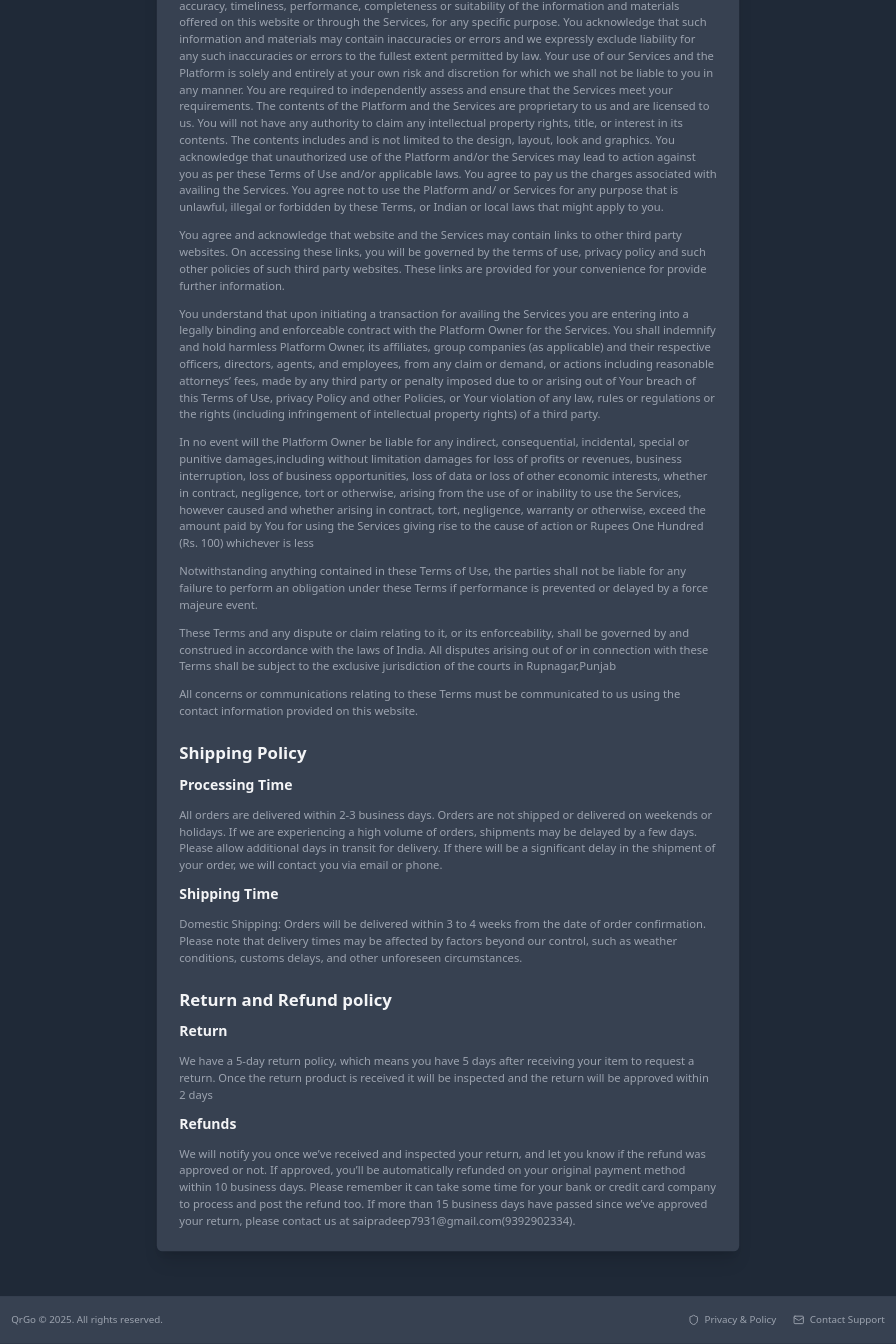
Repository: Dhakshin2007/QrGo
Page: /#/privacy-policy
These files come from the project's save history. The page is drawn as it stood at one moment and after the next save; the edit follows.
The browser window is 1280 px wide. The pictures show the part of the page from y = 4021 to 5941 px (the page is 5941 px tall before and 5213 px after), at 70% of full size.
Some web libraries are served in a nearby version. The project was rebuilt for these pictures with package versions that can differ from the ones it lists, and the page was loaded fresh each time. Also part of the build but not shown: vite.config.ts, components/EventCard.tsx, pages/HomePage.tsx, pages/BookingPage.tsx, components/TicketCard.tsx, pages/MyTicketsPage.tsx, services/aiService.ts, pages/AdminPage.tsx.

Above is the page before, as saved 2025-08-10 13:14:46.

### index.html
<!DOCTYPE html>
<html lang="en">
  <head>
    <meta name="description" content="Website Used to Host Events and Book Tickets and Inbuild scanning. If You want to Host an Event, Contact Us." />
<meta name="keywords" content="QrGo , QrGo Startup , Events IIT Ropar,Tickets , District , Paytm , Zomato , Ticket Booking , Event Hosting ,  Telugu Students IIT, IIT Ropar culture, IIT Ropar">
<meta name="author" content="Kotha Dhakshin">
<meta property="og:title" content="QrGo - Event Ticket Hosting Platform" />
<meta property="og:description" content="Official site for QrGo. Events, Bookings, and student details." />
<meta property="og:url" content="https://qrgo-weld.vercel.app/" />
<meta property="og:type" content="website" />
<meta property="og:image" content="#" />

  <meta charset="UTF-8" />
    <link rel="icon" type="image/png" href = "https://i.postimg.cc/qqd3M6cN/Google-AI-Studio-2025-08-09-T14-17-15-618-Z.png" />
    <meta name="viewport" content="width=device-width, initial-scale=1.0" />
    <title>QrGo</title>
    <script src="https://cdn.tailwindcss.com"></script>
    <script>
      tailwind.config = {
        theme: {
          extend: {
            colors: {
              'primary': '#14b8a6', // teal-500
              'primary-focus': '#0d9488', // teal-600
              'background': '#1f2937', // gray-800
              'surface': '#374151', // gray-700
              'on-surface': '#f3f4f6', // gray-200
              'on-surface-secondary': '#9ca3af', // gray-400
              'accent': '#6366f1', // indigo-500
            }
          }
        }
      }
    </script>
    <!-- html5-qrcode library -->
    <script src="https://unpkg.com/html5-qrcode" type="text/javascript"></script>
  <script type="importmap">
{
  "imports": {
    "react-router-dom": "https://esm.sh/react-router-dom@^7.8.0",
    "react-dom/": "https://esm.sh/react-dom@^19.1.1/",
    "react/": "https://esm.sh/react@^19.1.1/",
    "react": "https://esm.sh/react@^19.1.1",
    "lucide-react": "https://esm.sh/lucide-react@^0.539.0",
    "html5-qrcode": "https://esm.sh/html5-qrcode@^2.3.8",
    "qrcode": "https://esm.sh/qrcode@^1.5.4",
    "@supabase/supabase-js": "https://esm.sh/@supabase/supabase-js@2",
    "@google/genai": "https://esm.sh/@google/genai@^1.13.0"
  }
}
</script>
</head>
  <body class="bg-background text-on-surface">
    <div id="root"></div>
    <script type="module" src="/index.tsx"></script>
  </body>
</html>

### pages/PrivacyPolicyPage.tsx


import React from 'react';
import * as ReactRouterDOM from 'react-router-dom';
import { ArrowLeft } from 'lucide-react';

// Reusable component for the branded link to keep the JSX clean.
const QrGoLink = () => (
    <a href="https://qrgo-weld.vercel.app/" target="_blank" rel="noopener noreferrer" className="font-bold text-primary hover:underline">QrGo</a>
);

const PrivacyPolicyPage: React.FC = () => {
  return (
    <div className="max-w-4xl mx-auto animate-fade-in p-4 sm:p-6 lg:p-8">
      <ReactRouterDOM.Link to="/" className="flex items-center gap-2 mb-6 text-primary hover:underline">
          <ArrowLeft size={16} /> Back to Events
       </ReactRouterDOM.Link>
      <div className="bg-surface rounded-lg shadow-xl p-8">
        <h1 className="text-3xl font-bold mb-6 border-b border-background pb-4 text-on-surface">Privacy Policy &amp; Terms</h1>

        <div className="space-y-8 text-on-surface-secondary">

            <section className="space-y-4">
                <h2 className="text-2xl font-bold text-on-surface">Privacy Policy</h2>
                <p>WE DO NOT OFFER ANY CANCELLATION OR REFUND. THIS WEBSITE IS OPERATED BY <b>Pathuri Sai Pradeep Chand</b></p>

                <h3 className="text-xl font-semibold text-on-surface">Introduction</h3>
                <p>This Privacy Policy describes how and its affiliates (collectively "<QrGoLink />, we, our, us") collect, use, share, protect or otherwise process your information/ personal data through our website <QrGoLink />(hereinafter referred to as Platform). Please note that you may be able to browse certain sections of the Platform without registering with us.We do not offer any product/service under this Platform outside India and your personal data will primarily be stored and processed in India. By visiting this Platform, providing your information or availing any product/service offered on the Platform, you expressly agree to be bound by the terms and conditions of this Privacy Policy, the Terms of Use and the applicable service/product terms and conditions, and agree to be governed by the laws of India including but not limited to the laws applicable to data protection and privacy. If you do not agree please do not use or access our Platform.</p>

                <h3 className="text-xl font-semibold text-on-surface">Collection</h3>
                <p>We collect your personal data when you use our Platform, services or otherwise interact with us during the course of our relationship.and related information provided from time to time. Some of the information that we may collect includes but is not limited to personal data / information provided to us during sign up/registering or using our Platform such as name, date of birth, address, telephone/mobile number, email IDand/or any such information shared as proof of identity or address. Some of the sensitive personal data may be collected with your consent, such as your bank account or credit or debit card or other payment instrument information or biometric information such as your facial features or physiological information (in order to enable use of certain features when opted for, available on the Platform) etc all of the above being in accordance with applicable law(s) You always have the option to not provide information, by choosing not to use a particular service or feature on the Platform. We may track your behaviour, preferences, and other information that you choose to provide on our Platform. This information is compiled and analysed on an aggregated basis. We will also collect your information related to your transactions on Platform and such third-party business partner platforms. When such a third-party business partner collects your personal data directly from you, you will be governed by their privacy policies. We shall not be responsible for the thirdparty business partner’s privacy practices or the content of their privacy policies, and we request you to read their privacy policies prior to disclosing any information. If you receive an email, a call from a person/association claiming to be seeking any personal data like debit/credit card PIN, net-banking or mobile banking password, we request you to never provide such information. If you have already revealed such information, report it immediately to an appropriate law enforcement agency.</p>

                <h3 className="text-xl font-semibold text-on-surface">Usage</h3>
                <p>We use personal data to provide the services you request. To the extent we use your personal data to market to you, we will provide you the ability to opt-out of such uses. We use your personal data to assist sellers and business partners in handling and fulfilling orders; enhancing customer experience; to resolve disputes; troubleshoot problems; inform you about online and offline offers, products, services, and updates; customise your experience; detect and protect us against error, fraud and other criminal activity; enforce our terms and conditions; conduct marketing research, analysis and surveys; and as otherwise described to you at the time of collection of information. You understand that your access to these products/services may be affected in the event permission is not provided to us.</p>

                <h3 className="text-xl font-semibold text-on-surface">Sharing</h3>
                <p>We may share your personal data internally within our group entities, our other corporate entities, and affiliates to provide you access to the services and products offered by them. These entities and affiliates may market to you as a result of such sharing unless you explicitly opt-out. We may disclose personal data to third parties such as sellers, business partners, third party service providers including logistics partners, prepaid payment instrument issuers, third-party reward programs and other payment opted by you. These disclosure may be required for us to provide you access to our services and products offered to you, to comply with our legal obligations, to enforce our user agreement, to facilitate our marketing and advertising activities, to prevent, detect, mitigate, and investigate fraudulent or illegal activities related to our services. We may disclose personal and sensitive personal data to government agencies or other authorised law enforcement agencies if required to do so by law or in the good faith belief that such disclosure is reasonably necessary to respond to subpoenas, court orders, or other legal process. We may disclose personal data to law enforcement offices, third party rights owners, or others in the good faith belief that such disclosure is reasonably necessary to: enforce our Terms of Use or Privacy Policy; respond to claims that an advertisement, posting or other content violates the rights of a third party; or protect the rights, property or personal safety of our users or the general public.</p>

                <h3 className="text-xl font-semibold text-on-surface">Security Precautions</h3>
                <p>To protect your personal data from unauthorised access or disclosure, loss or misuse we adopt reasonable security practices and procedures. Once your information is in our possession or whenever you access your account information, we adhere to our security guidelines to protect it against unauthorised access and offer the use of a secure server. However, the transmission of information is not completely secure for reasons beyond our control. By using the Platform, the users accept the security implications of data transmission over the internet and the World Wide Web which cannot always be guaranteed as completely secure, and therefore, there would always remain certain inherent risks regarding use of the Platform. Users are responsible for ensuring the protection of login and password records for their account.</p>

                <h3 className="text-xl font-semibold text-on-surface">Data Deletion and Retention</h3>
                <p>You have an option to delete your account by visiting your profile and settings on our Platform , this action would result in you losing all information related to your account. You may also write to us at the contact information provided below to assist you with these requests. We may in event of any pending grievance, claims, pending shipments or any other services we may refuse or delay deletion of the account. Once the account is deleted, you will lose access to the account. We retain your personal data information for a period no longer than is required for the purpose for which it was collected or as required under any applicable law. However, we may retain data related to you if we believe it may be necessary to prevent fraud or future abuse or for other legitimate purposes. We may continue to retain your data in anonymised form for analytical and research purposes.</p>

                <h3 className="text-xl font-semibold text-on-surface">Your Rights</h3>
                <p>You may access, rectify, and update your personal data directly through the functionalities provided on the Platform.</p>

                <h3 className="text-xl font-semibold text-on-surface">Consent</h3>
                <p>By visiting our Platform or by providing your information, you consent to the collection, use, storage, disclosure and otherwise processing of your information on the Platform in accordance with this Privacy Policy. If you disclose to us any personal data relating to other people, you represent that you have the authority to do so and permit us to use the information in accordance with this Privacy Policy. You, while providing your personal data over the Platform or any partner platforms or establishments, consent to us (including our other corporate entities, affiliates, lending partners, technology partners, marketing channels, business partners and other third parties) to contact you through SMS, instant messaging apps, call and/or e-mail for the purposes specified in this Privacy Policy. You have an option to withdraw your consent that you have already provided by writing to the Grievance Officer at the contact information provided below. Please mention “Withdrawal of consent for processing personal data” in your subject line of your communication. We may verify such requests before acting on our request. However, please note that your withdrawal of consent will not be retrospective and will be in accordance with the Terms of Use, this Privacy Policy, and applicable laws. In the event you withdraw consent given to us under this Privacy Policy, we reserve the right to restrict or deny the provision of our services for which we consider such information to be necessary.</p>

                <h3 className="text-xl font-semibold text-on-surface">Changes to this Privacy Policy</h3>
                <p>Please check our Privacy Policy periodically for changes. We may update this Privacy Policy to reflect changes to our information practices. We may alert / notify you about the significant changes to the Privacy Policy, in the manner as may be required under applicable laws.</p>
            </section>

            <section className="space-y-4">
                <h2 className="text-2xl font-bold text-on-surface">Terms &amp; Conditions</h2>
                <p>This document is an electronic record in terms of Information Technology Act, 2000 and rules there under as applicable and the amended provisions pertaining to electronic records in various statutes as amended by the Information Technology Act, 2000. This electronic record is generated by a computer system and does not require any physical or digital signatures. This document is published in accordance with the provisions of Rule 3 (1) of the Information Technology (Intermediaries guidelines) Rules, 2011 that require publishing the rules and regulations, privacy policy and Terms of Use for access or usage of domain name <QrGoLink />, including the related mobile site and mobile application (hereinafter referred to as “Platform”). The Platform is owned by <QrGoLink />, a company incorporated under the Companies Act, 1956 with its registered office at IIT ROPAR (hereinafter referred to as "Platform Owner", “we”, “us”, “our”).</p>
                <p>Your use of the Platform and services and tools are governed by the following terms and conditions ("Terms of Use") as applicable to the Platform including the applicable policies which are incorporated herein by way of reference. If You transact on the Platform, You shall be subject to the policies that are applicable to the Platform for such transaction. By mere use of the Platform, You shall be contracting with the Platform Owner and these terms and conditions including the policies constitute Your binding obligations, with Platform Owner.</p>
                <p>These Terms of Use relate to your use of our website, goods (as applicable) or services (as applicable) (collectively, “Services”). Any terms and conditions proposed by You which are in addition to or which conflict with these Terms of Use are expressly rejected by the Platform Owner and shall be of no force or effect. These Terms of Use can be modified at any time without assigning any reason. It is your responsibility to periodically review these Terms of Use to stay informed of updates.</p>
                <p>For the purpose of these Terms of Use, wherever the context so requires "you", “your” or "user" shall mean any natural or legal person who has agreed to become a user/buyer on the Platform. ACCESSING, BROWSING OR OTHERWISE USING THE PLATFORM INDICATES YOUR AGREEMENT TO ALL THE TERMS AND CONDITIONS UNDER THESE TERMS OF USE, SO PLEASE READ THE TERMS OF USE CAREFULLY BEFORE PROCEEDING.</p>
                <p>The use of Platform and/or availing of our Services is subject to the following Terms of Use: To access and use the Services, you agree to provide true, accurate and complete information to us during and after registration, and you shall be responsible for all acts done through the use of your registered account on the Platform. Neither we nor any third parties provide any warranty or guarantee as to the accuracy, timeliness, performance, completeness or suitability of the information and materials offered on this website or through the Services, for any specific purpose. You acknowledge that such information and materials may contain inaccuracies or errors and we expressly exclude liability for any such inaccuracies or errors to the fullest extent permitted by law. Your use of our Services and the Platform is solely and entirely at your own risk and discretion for which we shall not be liable to you in any manner. You are required to independently assess and ensure that the Services meet your requirements. The contents of the Platform and the Services are proprietary to us and are licensed to us. You will not have any authority to claim any intellectual property rights, title, or interest in its contents. The contents includes and is not limited to the design, layout, look and graphics. You acknowledge that unauthorized use of the Platform and/or the Services may lead to action against you as per these Terms of Use and/or applicable laws. You agree to pay us the charges associated with availing the Services. You agree not to use the Platform and/ or Services for any purpose that is unlawful, illegal or forbidden by these Terms, or Indian or local laws that might apply to you.</p>
                <p>You agree and acknowledge that website and the Services may contain links to other third party websites. On accessing these links, you will be governed by the terms of use, privacy policy and such other policies of such third party websites. These links are provided for your convenience for provide further information.</p>
                <p>You understand that upon initiating a transaction for availing the Services you are entering into a legally binding and enforceable contract with the Platform Owner for the Services. You shall indemnify and hold harmless Platform Owner, its affiliates, group companies (as applicable) and their respective officers, directors, agents, and employees, from any claim or demand, or actions including reasonable attorneys’ fees, made by any third party or penalty imposed due to or arising out of Your breach of this Terms of Use, privacy Policy and other Policies, or Your violation of any law, rules or regulations or the rights (including infringement of intellectual property rights) of a third party.</p>
                <p>In no event will the Platform Owner be liable for any indirect, consequential, incidental, special or punitive damages,including without limitation damages for loss of profits or revenues, business interruption, loss of business opportunities, loss of data or loss of other economic interests, whether in contract, negligence, tort or otherwise, arising from the use of or inability to use the Services, however caused and whether arising in contract, tort, negligence, warranty or otherwise, exceed the amount paid by You for using the Services giving rise to the cause of action or Rupees One Hundred (Rs. 100) whichever is less</p>
                <p>Notwithstanding anything contained in these Terms of Use, the parties shall not be liable for any failure to perform an obligation under these Terms if performance is prevented or delayed by a force majeure event.</p>
                <p>These Terms and any dispute or claim relating to it, or its enforceability, shall be governed by and construed in accordance with the laws of India. All disputes arising out of or in connection with these Terms shall be subject to the exclusive jurisdiction of the courts in Rupnagar,Punjab</p>
                <p>All concerns or communications relating to these Terms must be communicated to us using the contact information provided on this website.</p>
            </section>

            <section className="space-y-4">
                <h2 className="text-2xl font-bold text-on-surface">Shipping Policy</h2>

                <h3 className="text-xl font-semibold text-on-surface">Processing Time</h3>
                <p>All orders are delivered within 2-3 business days. Orders are not shipped or delivered on weekends or holidays. If we are experiencing a high volume of orders, shipments may be delayed by a few days. Please allow additional days in transit for delivery. If there will be a significant delay in the shipment of your order, we will contact you via email or phone.</p>

                <h3 className="text-xl font-semibold text-on-surface">Shipping Time</h3>
                <p>Domestic Shipping: Orders will be delivered within 3 to 4 weeks from the date of order confirmation. Please note that delivery times may be affected by factors beyond our control, such as weather conditions, customs delays, and other unforeseen circumstances.</p>
            </section>

            <section className="space-y-4">
                <h2 className="text-2xl font-bold text-on-surface">Return and Refund policy</h2>

                <h3 className="text-xl font-semibold text-on-surface">Return</h3>
                <p>We have a 5-day return policy, which means you have 5 days after receiving your item to request a return. Once the return product is received it will be inspected and the return will be approved within 2 days</p>

                <h3 className="text-xl font-semibold text-on-surface">Refunds</h3>
                <p>We will notify you once we’ve received and inspected your return, and let you know if the refund was approved or not. If approved, you’ll be automatically refunded on your original payment method within 10 business days. Please remember it can take some time for your bank or credit card company to process and post the refund too. If more than 15 business days have passed since we’ve approved your return, please contact us at saipradeep7931@gmail.com(9392902334).</p>
            </section>
        </div>
      </div>
    </div>
  );
};

export default PrivacyPolicyPage;

Loaded but not shown: index.tsx (common file); services/db.ts (339 lines, source omitted); constants.ts (92 lines, source omitted); App.tsx (111 lines, source omitted); services/supabaseClient.ts (129 lines, source omitted); contexts/AuthContext.tsx (76 lines, source omitted); components/Header.tsx (53 lines, source omitted); contexts/ToastContext.tsx (48 lines, source omitted); components/Toast.tsx (39 lines, source omitted); types.ts (47 lines, source omitted)

After the next save:
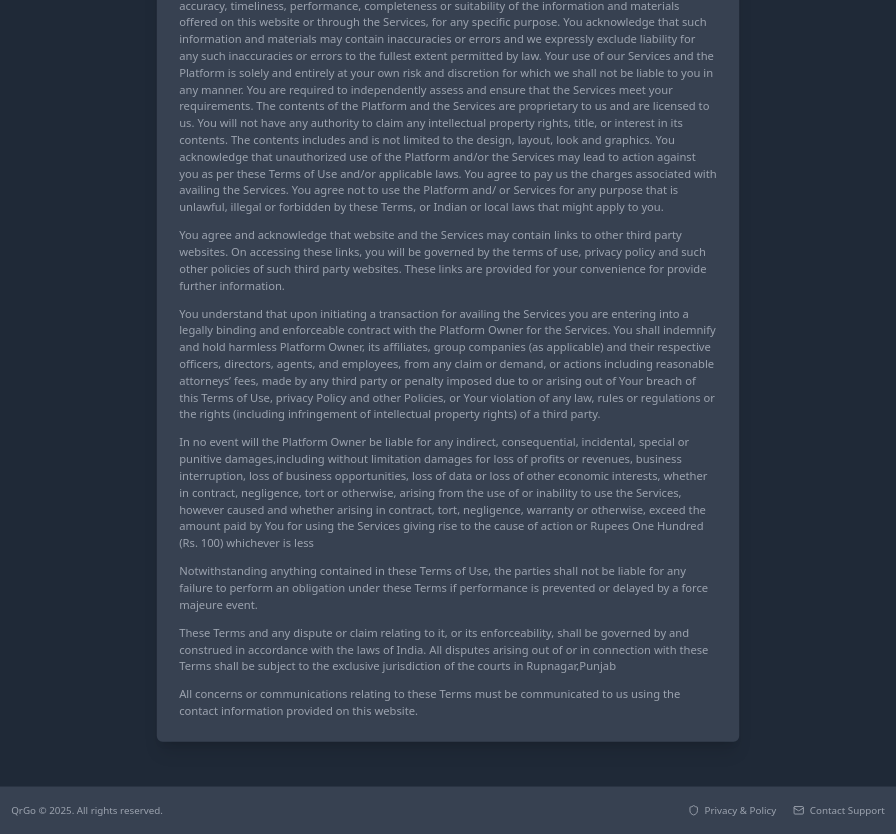
Saved 64 min 31 s later.
--- a/pages/PrivacyPolicyPage.tsx
+++ b/pages/PrivacyPolicyPage.tsx
@@ -67,7 +67,7 @@ const PrivacyPolicyPage: React.FC = () => {
                 <p>All concerns or communications relating to these Terms must be communicated to us using the contact information provided on this website.</p>
             </section>
 
-            <section className="space-y-4">
+            {/* <section className="space-y-4">
                 <h2 className="text-2xl font-bold text-on-surface">Shipping Policy</h2>
 
                 <h3 className="text-xl font-semibold text-on-surface">Processing Time</h3>
@@ -85,7 +85,7 @@ const PrivacyPolicyPage: React.FC = () => {
 
                 <h3 className="text-xl font-semibold text-on-surface">Refunds</h3>
                 <p>We will notify you once we’ve received and inspected your return, and let you know if the refund was approved or not. If approved, you’ll be automatically refunded on your original payment method within 10 business days. Please remember it can take some time for your bank or credit card company to process and post the refund too. If more than 15 business days have passed since we’ve approved your return, please contact us at saipradeep7931@gmail.com(9392902334).</p>
-            </section>
+            </section> */}
         </div>
       </div>
     </div>
